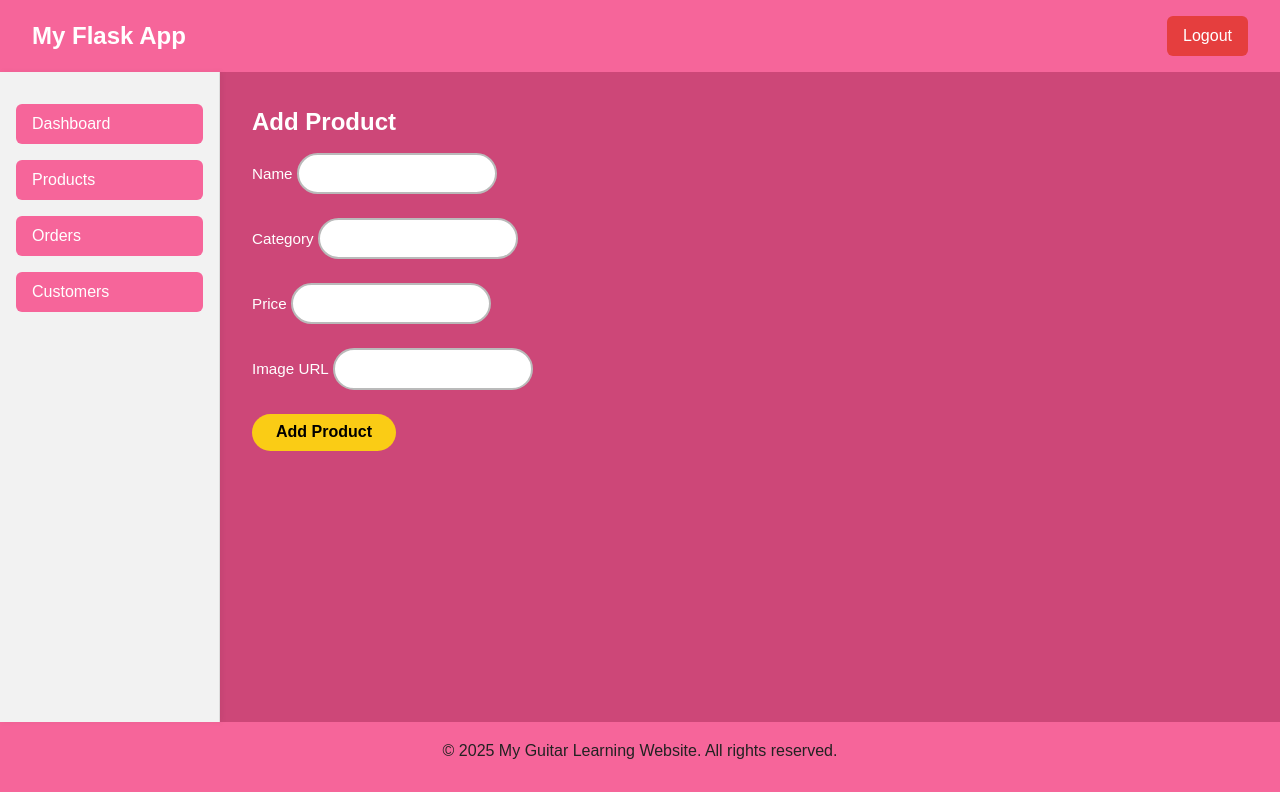
Repository: rywkoo/LearnGuitar
Page: templates/admin/addproduct.html
The author's editor kept a copy of each file at every save. The page is drawn from the files as they stood at one save, then again after the next save.
The browser window is 1280 px wide. The pictures show the whole page.
The page is served by the project's application, run on Flask 3 (app.py). The template is opened directly, without the code that normally fills it, so the values that code supplies are empty.

Above is the page before, as saved 2025-08-25 20:37:45.

After the next save:
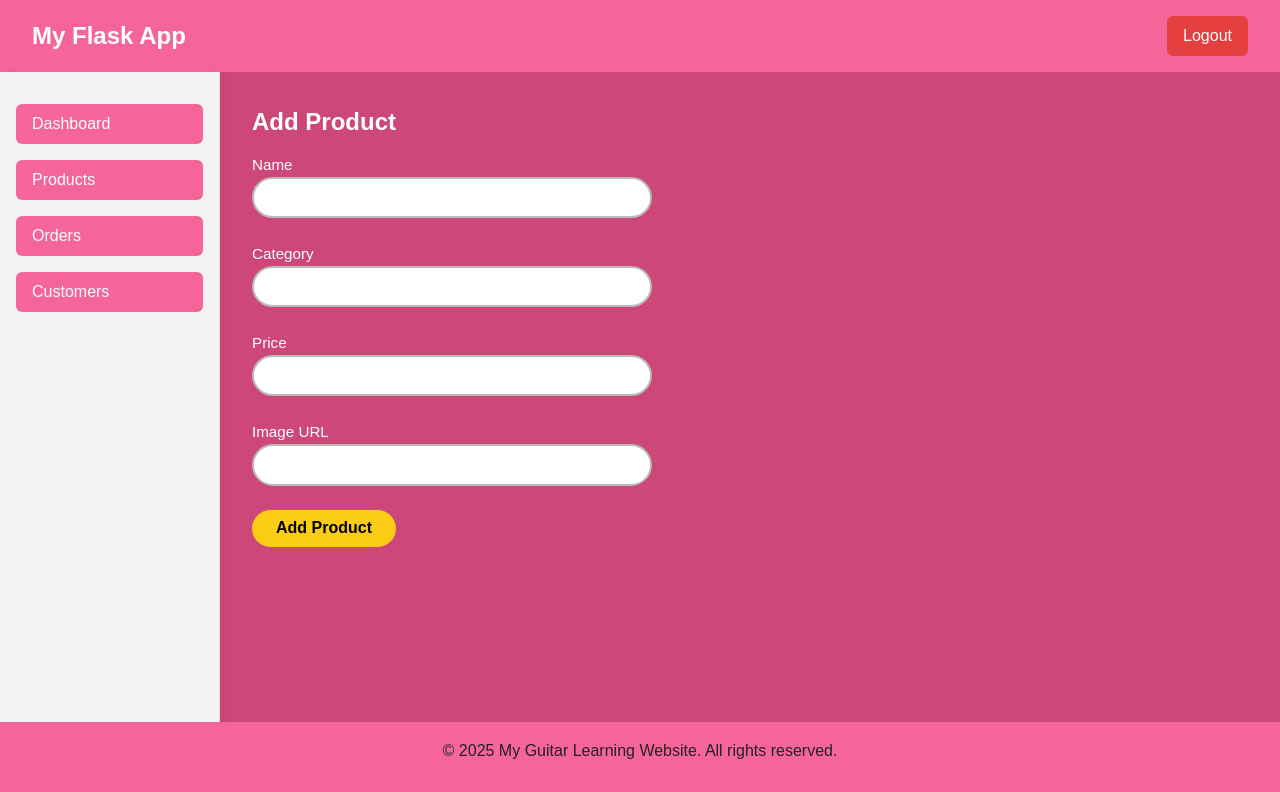
Saved 26 s later.
--- a/templates/admin/addproduct.html
+++ b/templates/admin/addproduct.html
@@ -8,22 +8,22 @@
     <form method="POST">
         <div class="mb-3">
             <label style="color: white;">Name</label>
-            <input class="input" style="width: 50%;" type="text" name="name" class="form-control" required>
+            <input class="input"type="text" name="name" class="form-control" required>
         </div>
     </br>
         <div class="mb-3">
             <label style="color: white;" >Category</label>
-            <input class="input" style="width: 50%;" type="text" name="category" class="form-control" required>
+            <input class="input"  type="text" name="category" class="form-control" required>
         </div>
         </br>
         <div class="mb-3">
             <label style="color: white;" >Price</label>
-            <input class="input" style="width: 50%;" type="number" name="price" class="form-control" required>
+            <input class="input" type="number" name="price" class="form-control" required>
         </div>
         </br>
         <div class="mb-3">
             <label style="color: white;">Image URL</label>
-            <input class="input" style="width: 50%;" type="text" name="image" class="form-control" required>
+            <input class="input" type="text" name="image" class="form-control" required>
         </div>
         </br>
         <button class="btn btn-primary" type="submit">Add Product</button>
